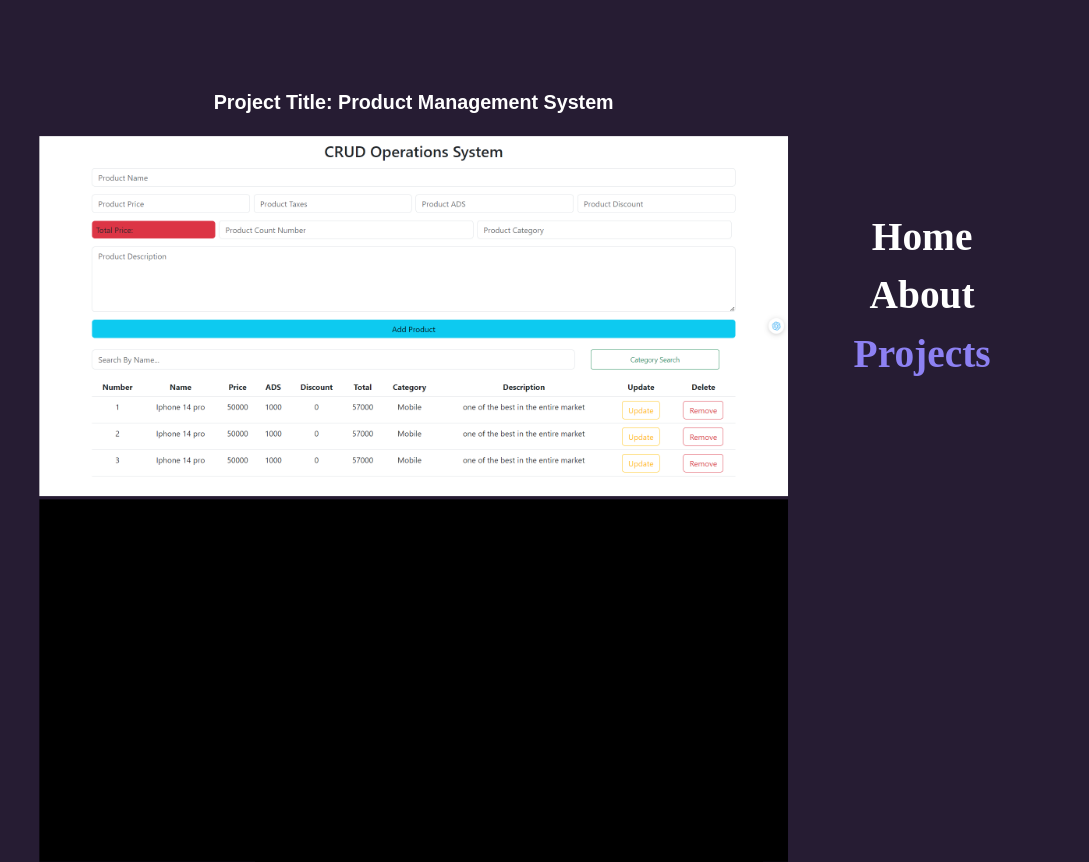
Repository: ahamdy997/portfolio
Page: /projects
The author's editor kept a copy of each file at every save. The page is drawn from the files as they stood at one save, then again after the next save.
The browser window is 1280 px wide. The page is 1280 px wide, then 1328 px, then 1280 px, so the pictures cover 1328 px, including what lies to the right of the window. The pictures show the whole page, at 82% of full size.
The project was rebuilt for these pictures with package versions that can differ from the ones it lists, and the page was loaded fresh each time. Also part of the build but not shown: vue.config.js, src/components/HelloWorld.vue, src/views/HomeView.vue.

Above is the page before, as saved 2023-11-06 00:29:04.

After the next save:
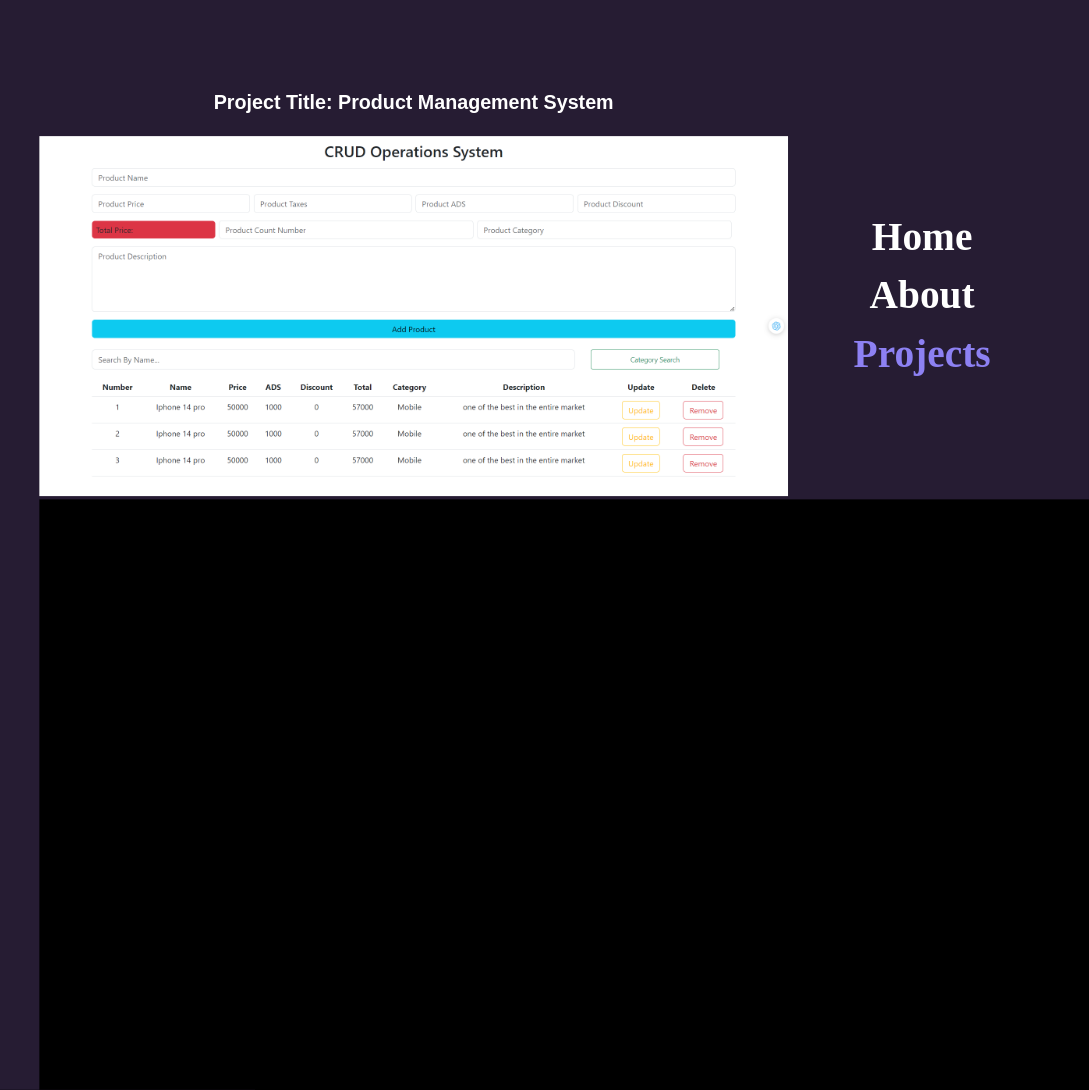
Saved 21 s later.
--- a/src/views/ProjectView.vue
+++ b/src/views/ProjectView.vue
@@ -17,7 +17,6 @@
   margin-bottom: 1.7rem;
 }
 figure {
-  position: relative;
 }
 .layer {
   position: absolute;

After the save that followed:
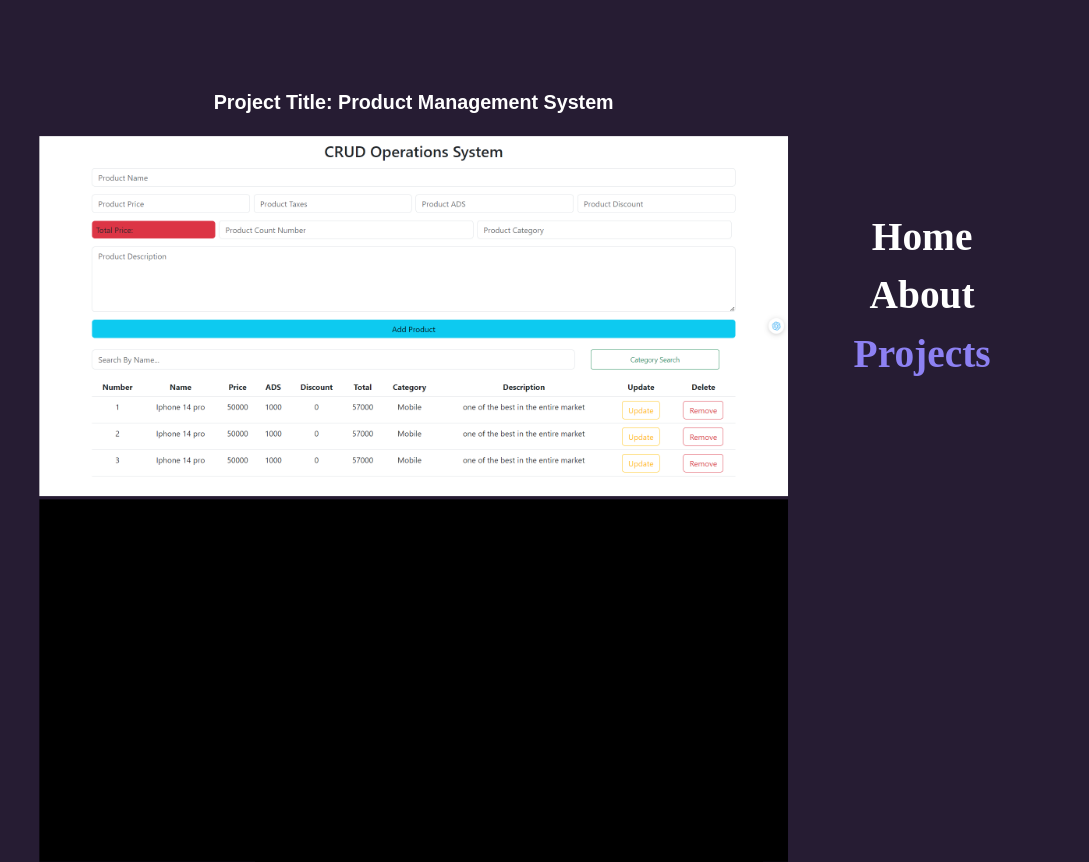
Saved 9 s later.
--- a/src/views/ProjectView.vue
+++ b/src/views/ProjectView.vue
@@ -17,6 +17,7 @@
   margin-bottom: 1.7rem;
 }
 figure {
+  position: relative;
 }
 .layer {
   position: absolute;
